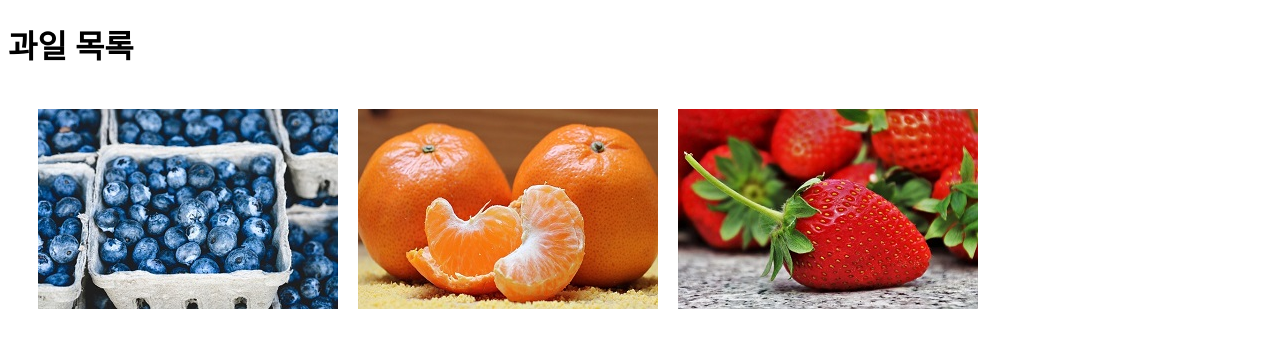
Repository: woosungtae/html_css
Page: pro01/public/a11.html
These files come from the project's save history. The page is drawn as it stood at one moment and after the next save; the edit follows.
The browser window is 1280 px wide. The pictures show the whole page.

Above is the page before, as saved 2022-12-12 05:30:22.

After the next save:
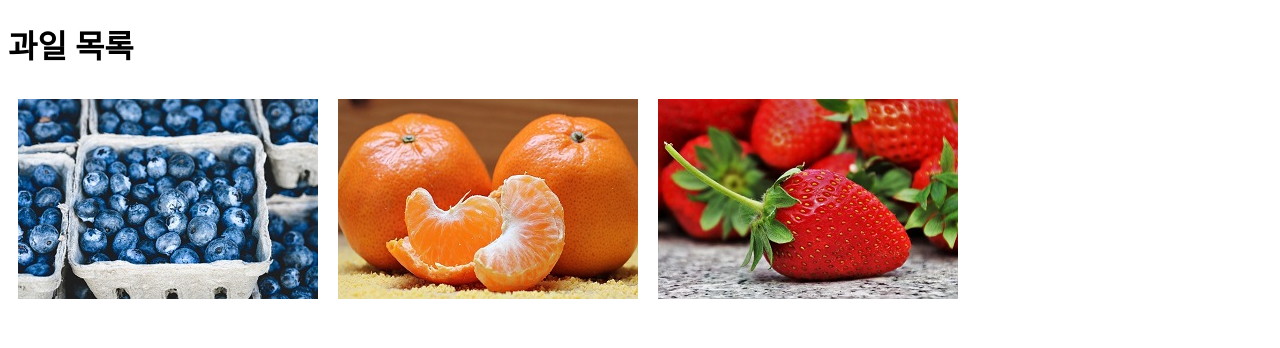
Saved 21 s later.
--- a/pro01/public/a11.html
+++ b/pro01/public/a11.html
@@ -6,8 +6,8 @@
    <style>
       .prod-list{
           list-style: none;
-          margin: 10px;
-          padding: 10px;
+          margin: 0;
+          padding: 0;
       }
       .prod-list li{
           position: relative;
